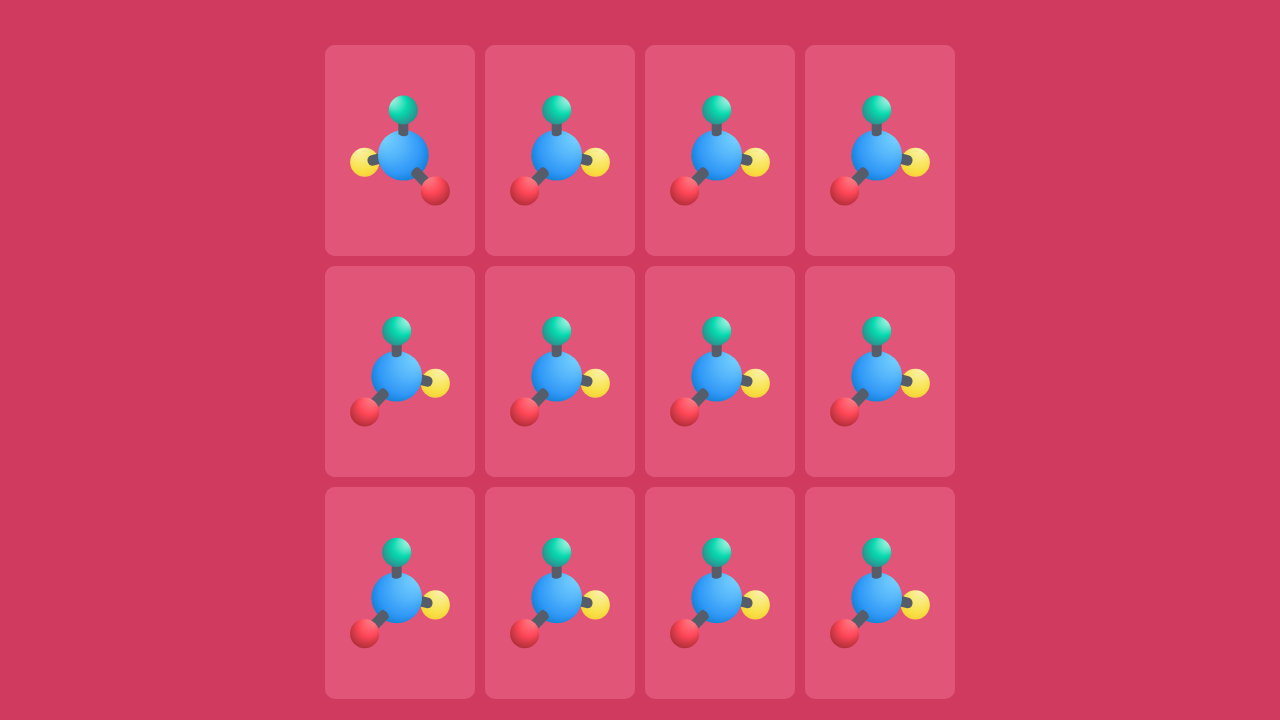
Repository: LeviUmr/JogoDaMemoria
Page: index.html
An editor plug-in stored every save of this project. The page is shown before and after a run of saves, followed by the edit.
The browser window is 1280 px wide. The pictures show the whole page.
After loading, the first visible `div.memory-card` was clicked once.
Pictures or frames that could not be fetched are drawn as grey boxes.

Above is the page before, as saved 2020-09-17 17:54:56.

After the next 4 saves:
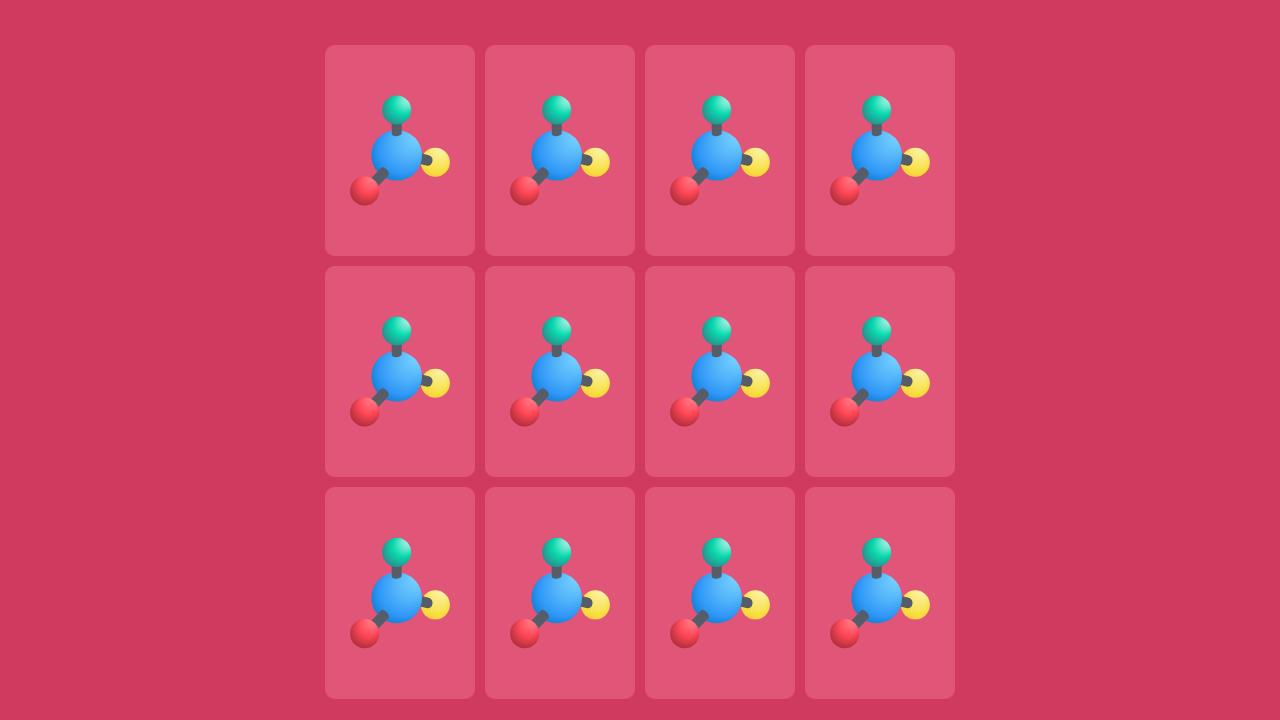
The 4 saves are shown as one change because they came seconds apart.
The last was saved 14 s later.
--- a/main.js
+++ b/main.js
@@ -25,7 +25,7 @@
 let lockCard = false;
 
 function flipCard(){
-
+    if(lockCard)
     this.classList.add("flip");
 
     if(!firstCard){

After the save that followed:
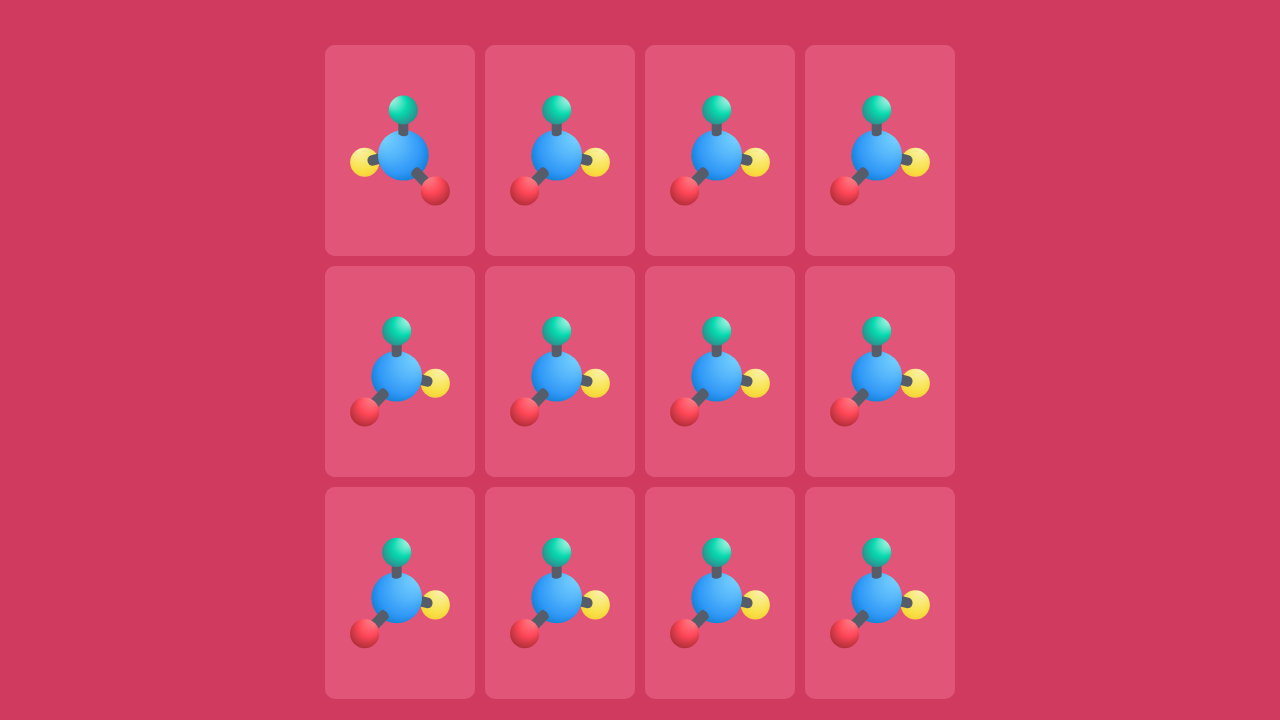
Saved 18 s later.
--- a/main.js
+++ b/main.js
@@ -25,7 +25,7 @@
 let lockCard = false;
 
 function flipCard(){
-    if(lockCard)
+    if(lockCard) return false;
     this.classList.add("flip");
 
     if(!firstCard){
